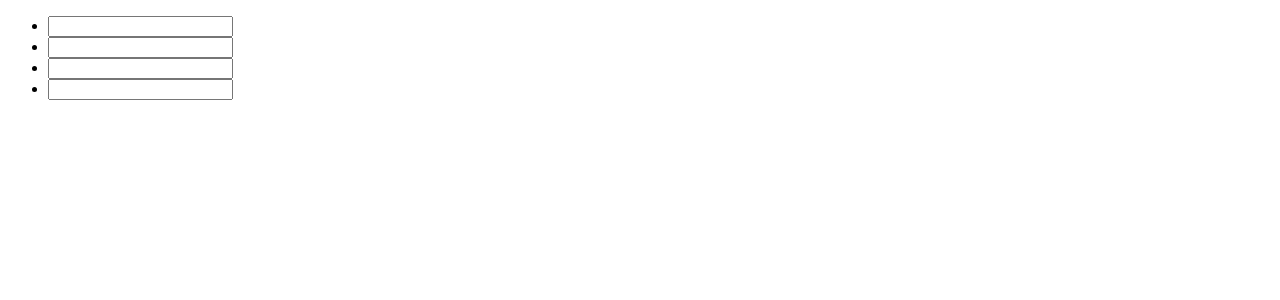
Repository: jyjoh97/SQL
Page: web01/Form.html
These files come from the project's save history. The page is drawn as it stood at one moment and after the next save; the edit follows.
The browser window is 1280 px wide. The pictures show the whole page.

Above is the page before, as saved 2022-04-22 04:51:22.

After the next save:
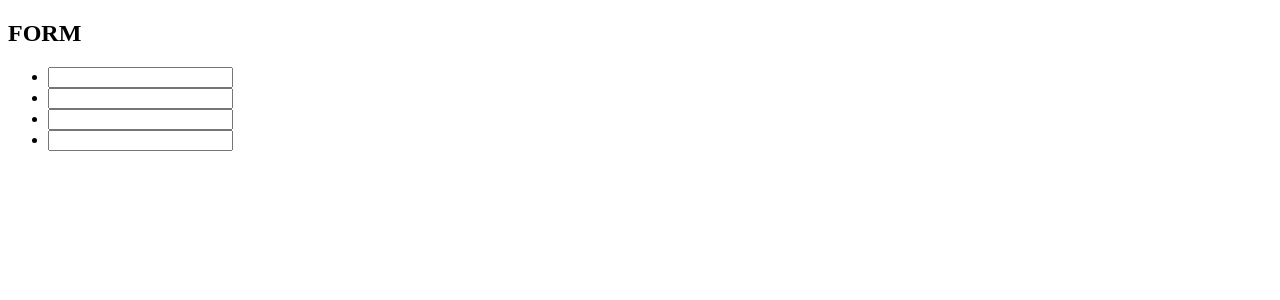
Saved 31 s later.
--- a/web01/Form.html
+++ b/web01/Form.html
@@ -10,7 +10,8 @@
 
 <body>
 
-	<div class="wrap">
+<div class="wrap">
+	<h2>FORM</h2>
 		<table>
 			<ul>
 				<li><input type="text"></li>
@@ -19,7 +20,7 @@
 				<li><input type="text"></li>
 			</ul>
 		</table>
-	</div>
+</div>
 
 </body>
 </html>
